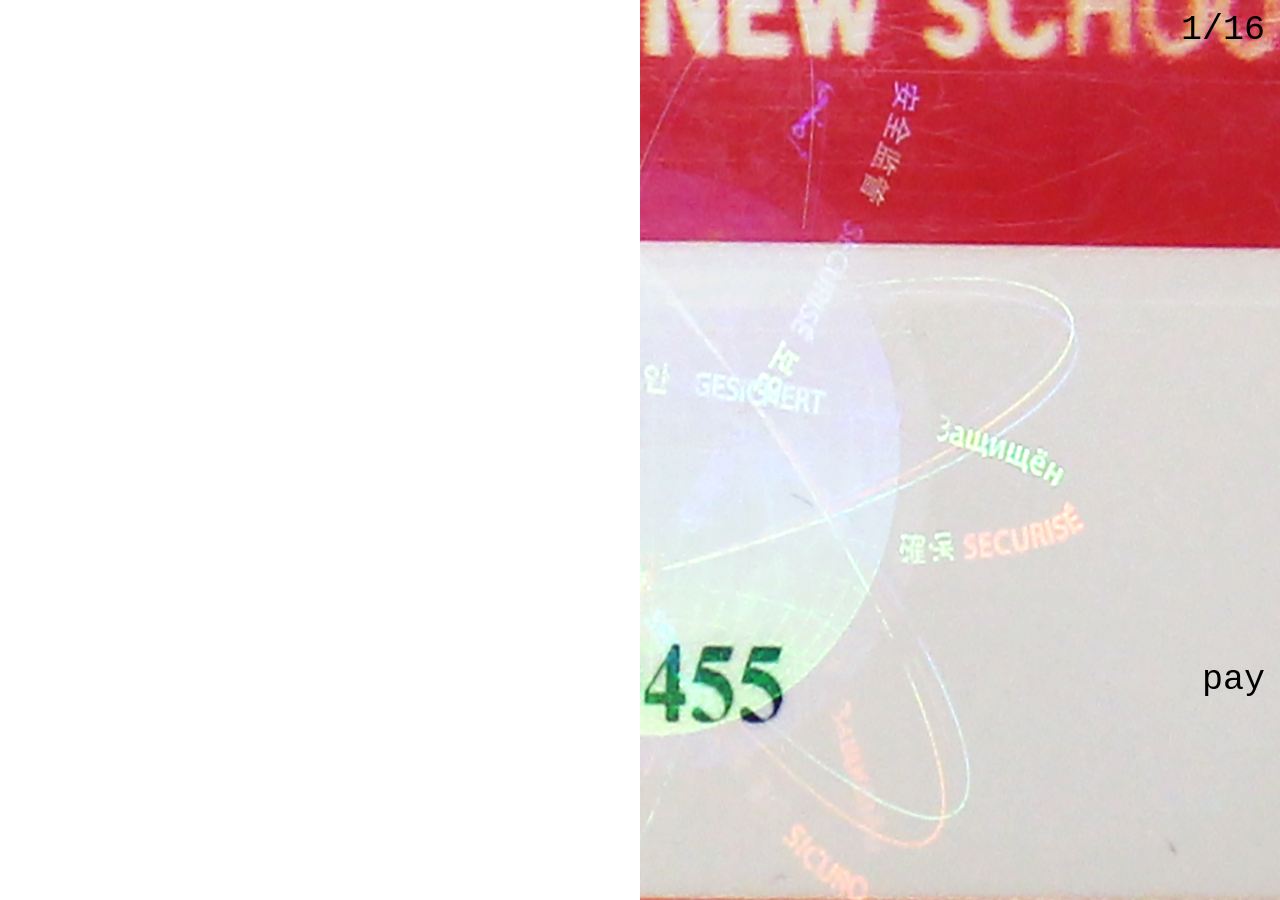
Repository: ortik455/ortik455.github.io
Page: studio/laundrysite/one.html
The author's editor kept a record of every edit. The page is drawn from the files as they stood at one moment, then again after the next edit.
The browser window is 1280 px wide. The pictures show the whole page.

Above is the page before.

After the next edit:
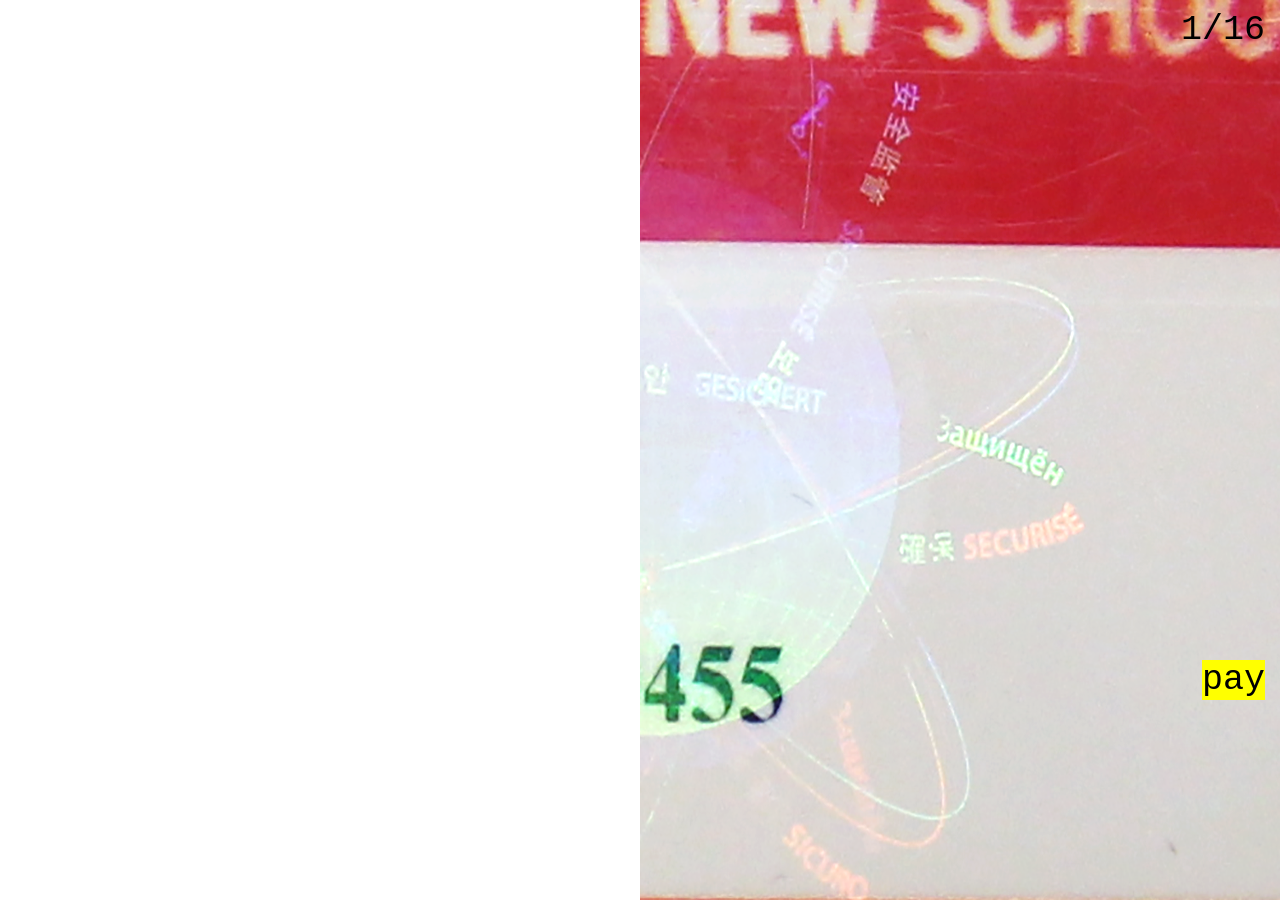
The edit:
--- a/studio/laundrysite/one.html
+++ b/studio/laundrysite/one.html
@@ -16,7 +16,7 @@
 	  		1/16
 	  	</div>
 		<div class="steps">
-		  	pay
+		  	<mark>pay</mark>
 		</div>
 
 	  </div>
